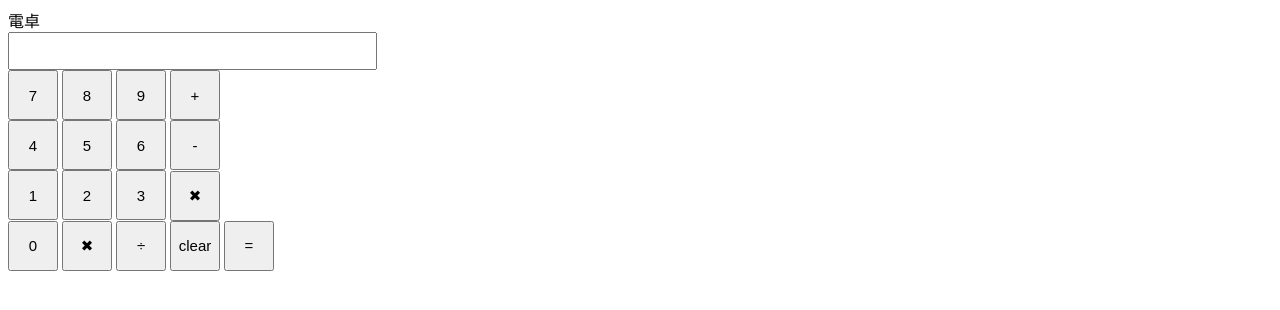
Repository: U-dias/work3
Page: 実践課題(電卓)/index.html
The author's editor kept a record of every edit. The page is drawn from the files as they stood at one moment, then again after the next edit.
The browser window is 1280 px wide. The pictures show the whole page.

Above is the page before.

### 実践課題(電卓)/index.html
<!DOCTYPE html>
 <meta charset="utf-8">
 <html>
  <link rel="stylesheet" href="main.css">
  <body>
 <div>電卓</div>
 <input style="font-size: 28px; text-align: right;"/><br />
 <script>
   function update(_v){
     document.querySelector('input').value = _v
   }
   function append(_v){
     document.querySelector('input').value += _v
   }
   function calc(){
        const v = document.querySelector( 'input' ).value
        try{
        const f = new Function( 'return ' + v )
        update( f().toString() )}
        catch( _error){
          update( _error)
        }
}
 </script>
 <button onclick="append('7')">7</button>
 <button onclick="append('8')">8</button>
 <button onclick="append('9')">9</button>
<button onclick="append('+')">+</button><br />

 <button onclick="append('4')">4</button>
 <button onclick="append('5')">5</button>
 <button onclick="append('6')">6</button>
 <button onclick="append('-')">-</button><br />

 <button onclick="append('1')">1</button>
 <button onclick="append('2')">2</button>
 <button onclick="append('3')">3</button>
 <button onclick="append('*')">✖︎</button><br />

 <button onclick="append('0')">0</button>
 <button onclick="append('*')">✖︎</button>
 <button onclick="append('/')">÷</button>
  <button onclick="update(' ')">clear</button>
 <button onclick="calc()">=</button>

 </body></html>

### 実践課題(電卓)/main.css
button {
  width:50px;
  height:50px;
  font-size:15px;
}

After the next edit:
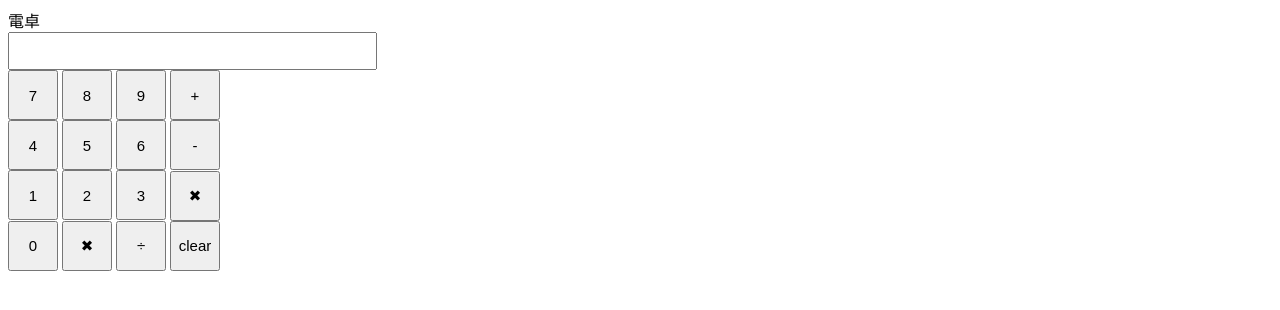
The edit:
--- a/実践課題(電卓)/index.html
+++ b/実践課題(電卓)/index.html
@@ -41,6 +41,6 @@
  <button onclick="append('*')">✖︎</button>
  <button onclick="append('/')">÷</button>
   <button onclick="update(' ')">clear</button>
- <button onclick="calc()">=</button>
+
 
  </body></html>
